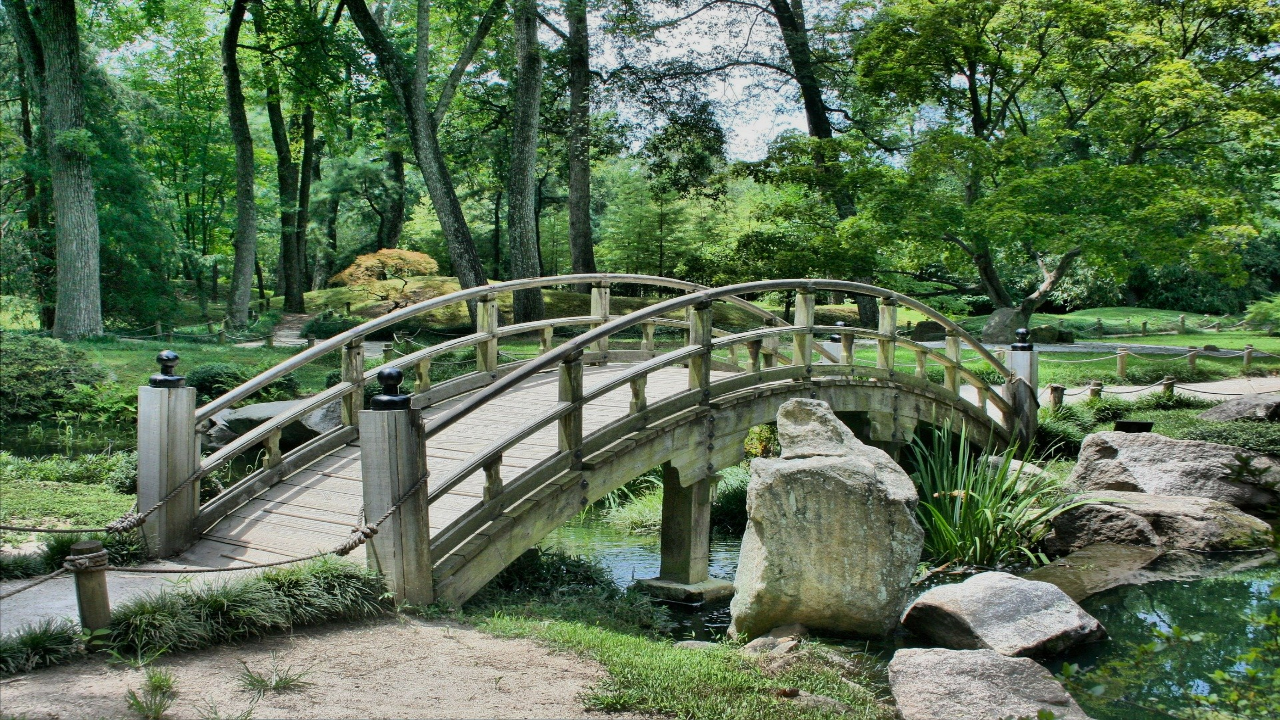
Repository: PatryxB/garden
Page: http://localhost/
An editor plug-in stored every save of this project. The page is shown before and after the next save, followed by the edit.
The browser window is 1280 px wide. The pictures show the whole page.
The page is served by the project's Laravel application, run on PHP 8.4 with Laravel 8. Style sheets and scripts are compiled from the project's sources, by tool versions that may differ from the author's.

Above is the page before, as saved 2020-05-01 20:54:07.

After the next save:
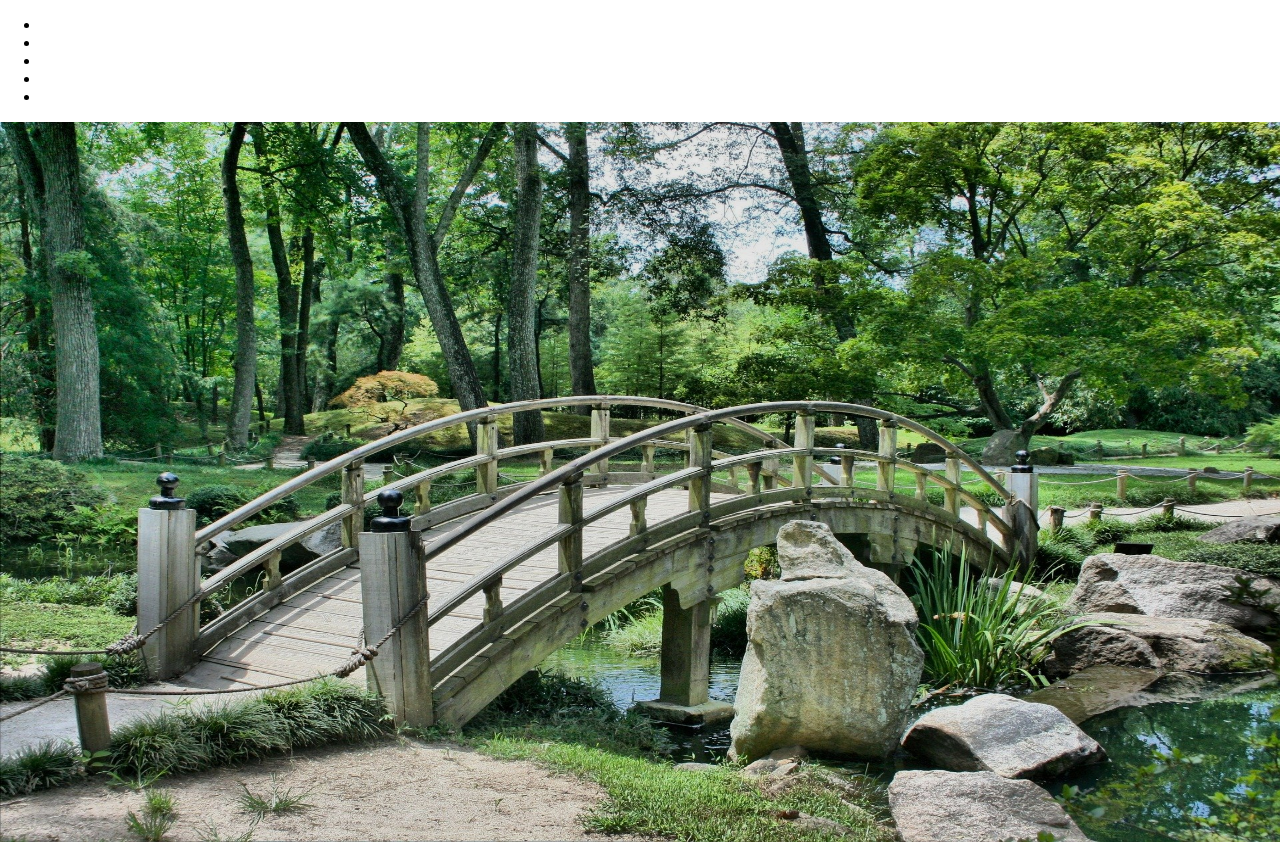
Saved 85 s later.
--- a/resources/views/welcome.blade.php
+++ b/resources/views/welcome.blade.php
@@ -11,8 +11,20 @@
         <link rel="stylesheet" href="/css/app.css">
 
     <body>
+
+        <nav>
+            <ul>
+                <li><a href=""></a></li>
+                <li><a href=""></a></li>
+                <li><a href=""></a></li>
+                <li><a href=""></a></li>
+                <li><a href=""></a></li>
+            </ul>
+        </nav>
+
         <div class="banner">
             <img src="{{url('/img/gardenbanner.jpg')}}" alt="">
         </div>
+
     </body>
 </html>
